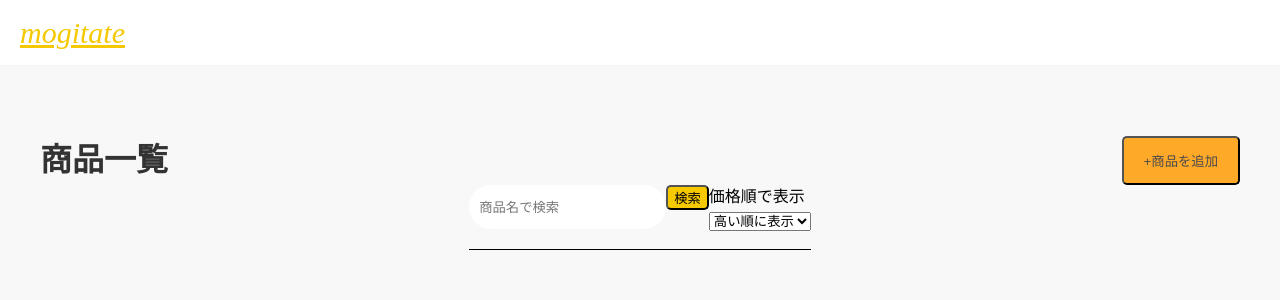
Repository: SuzukiFuminori/test-fruit
Page: http://localhost/products
The author's editor kept a copy of each file at every save. The page is drawn from the files as they stood at one save, then again after the next save.
The browser window is 1280 px wide. The pictures show the whole page.
The page is served by the project's Laravel application, run on PHP 8.4 with Laravel 8. Queries for data that is not in the repository find no rows.

Above is the page before, as saved 2024-12-30 06:19:30.

After the next save:
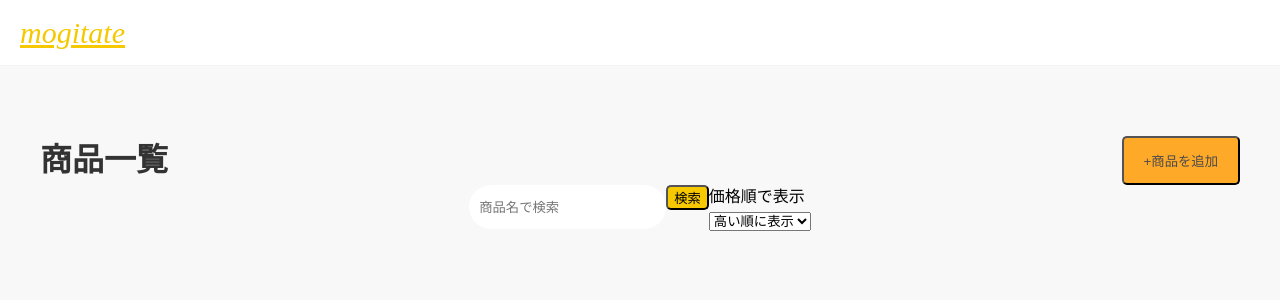
Saved 21 s later.
--- a/src/public/css/index.css
+++ b/src/public/css/index.css
@@ -36,7 +36,7 @@
 
 .search-wrapper {
   display: flex;
-
+  flex
   border-bottom: solid 1px;
 }
 
